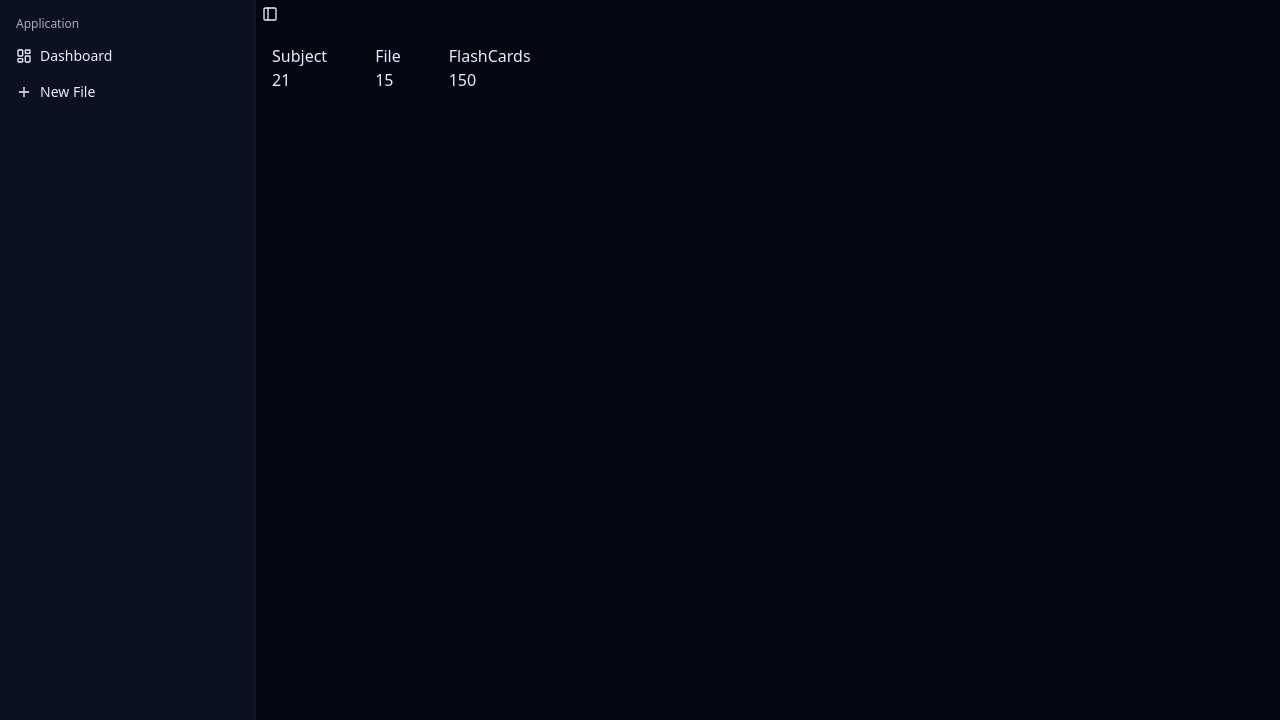
Repository: SywarDer/Student-Assistance
Page: /dashboard (app in student-assistant/)
The author's editor kept a copy of each file at every save. The page is drawn from the files as they stood at one save, then again after the next save.
The browser window is 1280 px wide. The pictures show the whole page.
The project was rebuilt for these pictures with package versions that can differ from the ones it lists, and the page was loaded fresh each time. The framework's server and built-in components were replaced by stand-ins that run in the browser. Also part of the build but not shown: student-assistant/next.config.ts, student-assistant/components/ui/input.tsx, student-assistant/components/ui/separator.tsx, student-assistant/components/ui/skeleton.tsx. Imported but missing from the stored project, and not drawn on this page: student-assistant/components/ui/sheet.

Above is the page before, as saved 2025-10-30 19:49:43.

### student-assistant/app/layout.tsx
import type { Metadata } from "next";
import { Geist, Geist_Mono } from "next/font/google";
import "./globals.css";
import { SidebarProvider, SidebarTrigger } from "@/components/ui/sidebar";
import { AppSidebar } from "./home/components/navBar";

const geistSans = Geist({
  variable: "--font-geist-sans",
  subsets: ["latin"],
});

const geistMono = Geist_Mono({
  variable: "--font-geist-mono",
  subsets: ["latin"],
});

export const metadata: Metadata = {
  title: "Create Next App",
  description: "Generated by create next app",
};

export default function RootLayout({
children,
}: Readonly<{
  children: React.ReactNode;
}>) {
  return (
    <html lang="en">
      <body
        className={`${geistSans.variable} ${geistMono.variable} antialiased`}
      >
        <SidebarProvider>
      <AppSidebar />
      <main>
        <SidebarTrigger />
        {children}
         </main>
    </SidebarProvider>
      </body>
    </html>
  );
}

### student-assistant/app/dashboard/page.tsx
export default function Dashboard(){
    return(

        <div className="flex space-x-4">
            <div className="rounded-lg p-4" color="chart-1">
                <h1 className="">Subject</h1>
                <h1>21</h1>
            </div>
            <div className="rounded-lg p-4">
                <h1>File</h1>
                <h1>15</h1>
            </div>
            <div className="rounded-lg p-4">
                <h1>FlashCards</h1>
                <h1>150</h1>
            </div>
        </div>

    )
}

### student-assistant/app/globals.css
@import "tailwindcss";
@import "tw-animate-css";

@custom-variant dark (&:is(.dark *));

@theme inline {
  --color-background: var(--background);
  --color-foreground: var(--foreground);
  --font-sans: var(--font-geist-sans);
  --font-mono: var(--font-geist-mono);
  --color-sidebar-ring: var(--sidebar-ring);
  --color-sidebar-border: var(--sidebar-border);
  --color-sidebar-accent-foreground: var(--sidebar-accent-foreground);
  --color-sidebar-accent: var(--sidebar-accent);
  --color-sidebar-primary-foreground: var(--sidebar-primary-foreground);
  --color-sidebar-primary: var(--sidebar-primary);
  --color-sidebar-foreground: var(--sidebar-foreground);
  --color-sidebar: var(--sidebar);
  --color-chart-5: var(--chart-5);
  --color-chart-4: var(--chart-4);
  --color-chart-3: var(--chart-3);
  --color-chart-2: var(--chart-2);
  --color-chart-1: var(--chart-1);
  --color-ring: var(--ring);
  --color-input: var(--input);
  --color-border: var(--border);
  --color-destructive: var(--destructive);
  --color-accent-foreground: var(--accent-foreground);
  --color-accent: var(--accent);
  --color-muted-foreground: var(--muted-foreground);
  --color-muted: var(--muted);
  --color-secondary-foreground: var(--secondary-foreground);
  --color-secondary: var(--secondary);
  --color-primary-foreground: var(--primary-foreground);
  --color-primary: var(--primary);
  --color-popover-foreground: var(--popover-foreground);
  --color-popover: var(--popover);
  --color-card-foreground: var(--card-foreground);
  --color-card: var(--card);
  --radius-sm: calc(var(--radius) - 4px);
  --radius-md: calc(var(--radius) - 2px);
  --radius-lg: var(--radius);
  --radius-xl: calc(var(--radius) + 4px);
}

:root {
  --radius: 0.625rem;

  /* Base dark background & text */
  --background: oklch(0.12 0.03 270);        /* Dark gray-blue */
  --foreground: oklch(0.95 0.02 260);        /* Soft white */

  /* Cards & popovers */
  --card: oklch(0.18 0.04 270);              /* Slightly lighter than background */
  --card-foreground: var(--foreground);
  --popover: oklch(0.18 0.04 270);
  --popover-foreground: var(--foreground);

  /* Primary & secondary */
  --primary: oklch(0.6 0.12 260);            /* Deep blue */
  --primary-foreground: var(--foreground);
  --secondary: oklch(0.45 0.08 280);         /* Soft purple */
  --secondary-foreground: var(--foreground);

  /* Muted & accents */
  --muted: oklch(0.2 0.03 270);
  --muted-foreground: oklch(0.7 0.02 260);
  --accent: oklch(0.65 0.15 350);            /* Magenta/pinkish accent */
  --accent-foreground: var(--foreground);

  /* Destructive actions */
  --destructive: oklch(0.6 0.25 30);         /* Dark red */
  --border: oklch(0.3 0.02 270 / 40%);
  --input: oklch(0.15 0.03 270);             /* Slightly darker than card */
  --ring: oklch(0.5 0.03 270);

  /* Charts */
  --chart-1: oklch(0.65 0.22 40);
  --chart-2: oklch(0.6 0.15 170);
  --chart-3: oklch(0.4 0.08 230);
  --chart-4: oklch(0.6 0.18 300);
  --chart-5: oklch(0.55 0.2 50);

  /* Sidebar */
  --sidebar: oklch(0.18 0.04 270);
  --sidebar-foreground: var(--foreground);
  --sidebar-primary: var(--primary);
  --sidebar-primary-foreground: var(--foreground);
  --sidebar-accent: var(--accent);
  --sidebar-accent-foreground: var(--foreground);
  --sidebar-border: oklch(0.3 0.02 270 / 40%);
  --sidebar-ring: oklch(0.5 0.03 270);
}

/* Optional light mode toggle */
.light {
  --background: oklch(0.98 0.02 260);       /* Light gray */
  --foreground: oklch(0.12 0.03 270);       /* Dark text */

  --card: oklch(0.99 0.03 260);
  --card-foreground: var(--foreground);
  --popover: oklch(0.99 0.03 260);
  --popover-foreground: var(--foreground);

  --primary: oklch(0.2 0.05 260);
  --primary-foreground: var(--foreground);
  --secondary: oklch(0.5 0.1 280);
  --secondary-foreground: var(--foreground);

  --muted: oklch(0.85 0.03 270);
  --muted-foreground: oklch(0.35 0.02 260);
  --accent: oklch(0.8 0.2 350);
  --accent-foreground: var(--foreground);

  --destructive: oklch(0.9 0.25 30);
  --border: oklch(0.8 0.02 270 / 30%);
  --input: oklch(0.95 0.03 260);
  --ring: oklch(0.7 0.03 270);

  --chart-1: oklch(0.65 0.22 40);
  --chart-2: oklch(0.6 0.15 170);
  --chart-3: oklch(0.4 0.08 230);
  --chart-4: oklch(0.6 0.18 300);
  --chart-5: oklch(0.55 0.2 50);

  --sidebar: oklch(0.95 0.03 260);
  --sidebar-foreground: var(--foreground);
  --sidebar-primary: var(--primary);
  --sidebar-primary-foreground: var(--foreground);
  --sidebar-accent: var(--accent);
  --sidebar-accent-foreground: var(--foreground);
  --sidebar-border: oklch(0.8 0.02 270 / 30%);
  --sidebar-ring: oklch(0.7 0.03 270);
}



@layer base {
  * {
    @apply border-border outline-ring/50;
  }
  body {
    @apply bg-background text-foreground;
  }
}

### student-assistant/app/home/components/navBar.tsx
import { Calendar, Home, Inbox, LayoutDashboardIcon, PlusIcon, Search, Settings } from "lucide-react"

import {
  Sidebar,
  SidebarContent,
  SidebarGroup,
  SidebarGroupContent,
  SidebarGroupLabel,
  SidebarMenu,
  SidebarMenuButton,
  SidebarMenuItem,
} from "@/components/ui/sidebar"


const items = [
  {
    title: "Dashboard",
    url: "/dashboard",
    icon: LayoutDashboardIcon,
  },
  {
    title: "New File",
    url: "/new-file",
    icon: PlusIcon,
  },

]

export function AppSidebar() {
  return (
    <Sidebar>
      <SidebarContent>
        <SidebarGroup>
          <SidebarGroupLabel>Application</SidebarGroupLabel>
          <SidebarGroupContent>
            <SidebarMenu>
              {items.map((item) => (
                <SidebarMenuItem key={item.title}>
                  <SidebarMenuButton asChild>
                    <a href={item.url}>
                      <item.icon />
                      <span>{item.title}</span>
                    </a>
                  </SidebarMenuButton>
                </SidebarMenuItem>
              ))}
            </SidebarMenu>
          </SidebarGroupContent>
        </SidebarGroup>
      </SidebarContent>
    </Sidebar>
  )
}

### student-assistant/components/ui/button.tsx
import * as React from "react"
import { Slot } from "@radix-ui/react-slot"
import { cva, type VariantProps } from "class-variance-authority"

import { cn } from "@/lib/utils"

const buttonVariants = cva(
  "inline-flex items-center justify-center gap-2 whitespace-nowrap rounded-md text-sm font-medium transition-all disabled:pointer-events-none disabled:opacity-50 [&_svg]:pointer-events-none [&_svg:not([class*='size-'])]:size-4 shrink-0 [&_svg]:shrink-0 outline-none focus-visible:border-ring focus-visible:ring-ring/50 focus-visible:ring-[3px] aria-invalid:ring-destructive/20 dark:aria-invalid:ring-destructive/40 aria-invalid:border-destructive",
  {
    variants: {
      variant: {
        default: "bg-primary text-primary-foreground hover:bg-primary/90",
        destructive:
          "bg-destructive text-white hover:bg-destructive/90 focus-visible:ring-destructive/20 dark:focus-visible:ring-destructive/40 dark:bg-destructive/60",
        outline:
          "border bg-background shadow-xs hover:bg-accent hover:text-accent-foreground dark:bg-input/30 dark:border-input dark:hover:bg-input/50",
        secondary:
          "bg-secondary text-secondary-foreground hover:bg-secondary/80",
        ghost:
          "hover:bg-accent hover:text-accent-foreground dark:hover:bg-accent/50",
        link: "text-primary underline-offset-4 hover:underline",
      },
      size: {
        default: "h-9 px-4 py-2 has-[>svg]:px-3",
        sm: "h-8 rounded-md gap-1.5 px-3 has-[>svg]:px-2.5",
        lg: "h-10 rounded-md px-6 has-[>svg]:px-4",
        icon: "size-9",
        "icon-sm": "size-8",
        "icon-lg": "size-10",
      },
    },
    defaultVariants: {
      variant: "default",
      size: "default",
    },
  }
)

function Button({
  className,
  variant,
  size,
  asChild = false,
  ...props
}: React.ComponentProps<"button"> &
  VariantProps<typeof buttonVariants> & {
    asChild?: boolean
  }) {
  const Comp = asChild ? Slot : "button"

  return (
    <Comp
      data-slot="button"
      className={cn(buttonVariants({ variant, size, className }))}
      {...props}
    />
  )
}

export { Button, buttonVariants }

### student-assistant/components/ui/tooltip.tsx
"use client"

import * as React from "react"
import * as TooltipPrimitive from "@radix-ui/react-tooltip"

import { cn } from "@/lib/utils"

function TooltipProvider({
  delayDuration = 0,
  ...props
}: React.ComponentProps<typeof TooltipPrimitive.Provider>) {
  return (
    <TooltipPrimitive.Provider
      data-slot="tooltip-provider"
      delayDuration={delayDuration}
      {...props}
    />
  )
}

function Tooltip({
  ...props
}: React.ComponentProps<typeof TooltipPrimitive.Root>) {
  return (
    <TooltipProvider>
      <TooltipPrimitive.Root data-slot="tooltip" {...props} />
    </TooltipProvider>
  )
}

function TooltipTrigger({
  ...props
}: React.ComponentProps<typeof TooltipPrimitive.Trigger>) {
  return <TooltipPrimitive.Trigger data-slot="tooltip-trigger" {...props} />
}

function TooltipContent({
  className,
  sideOffset = 0,
  children,
  ...props
}: React.ComponentProps<typeof TooltipPrimitive.Content>) {
  return (
    <TooltipPrimitive.Portal>
      <TooltipPrimitive.Content
        data-slot="tooltip-content"
        sideOffset={sideOffset}
        className={cn(
          "bg-foreground text-background animate-in fade-in-0 zoom-in-95 data-[state=closed]:animate-out data-[state=closed]:fade-out-0 data-[state=closed]:zoom-out-95 data-[side=bottom]:slide-in-from-top-2 data-[side=left]:slide-in-from-right-2 data-[side=right]:slide-in-from-left-2 data-[side=top]:slide-in-from-bottom-2 z-50 w-fit origin-(--radix-tooltip-content-transform-origin) rounded-md px-3 py-1.5 text-xs text-balance",
          className
        )}
        {...props}
      >
        {children}
        <TooltipPrimitive.Arrow className="bg-foreground fill-foreground z-50 size-2.5 translate-y-[calc(-50%_-_2px)] rotate-45 rounded-[2px]" />
      </TooltipPrimitive.Content>
    </TooltipPrimitive.Portal>
  )
}

export { Tooltip, TooltipTrigger, TooltipContent, TooltipProvider }

Loaded but not shown: student-assistant/hooks/use-mobile.ts (common file); student-assistant/lib/utils.ts (common file); student-assistant/components/ui/sidebar.tsx (726 lines, source omitted)

After the next save:
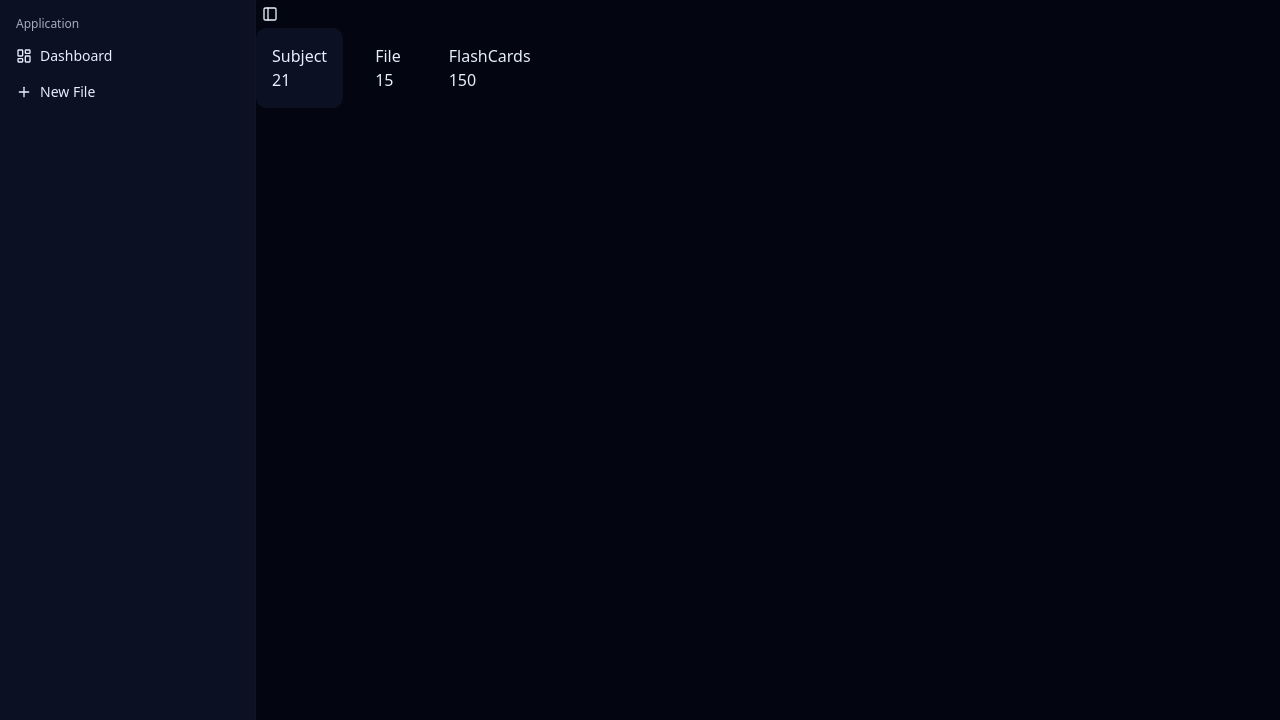
Saved 82 s later.
--- a/student-assistant/app/dashboard/page.tsx
+++ b/student-assistant/app/dashboard/page.tsx
@@ -2,7 +2,10 @@ export default function Dashboard(){
     return(
 
         <div className="flex space-x-4">
-            <div className="rounded-lg p-4" color="chart-1">
+            <div className="rounded-lg p-4"  style={{
+        backgroundColor: "var(--card)",
+        color: "var(--card-foreground)",
+      }}>
                 <h1 className="">Subject</h1>
                 <h1>21</h1>
             </div>
